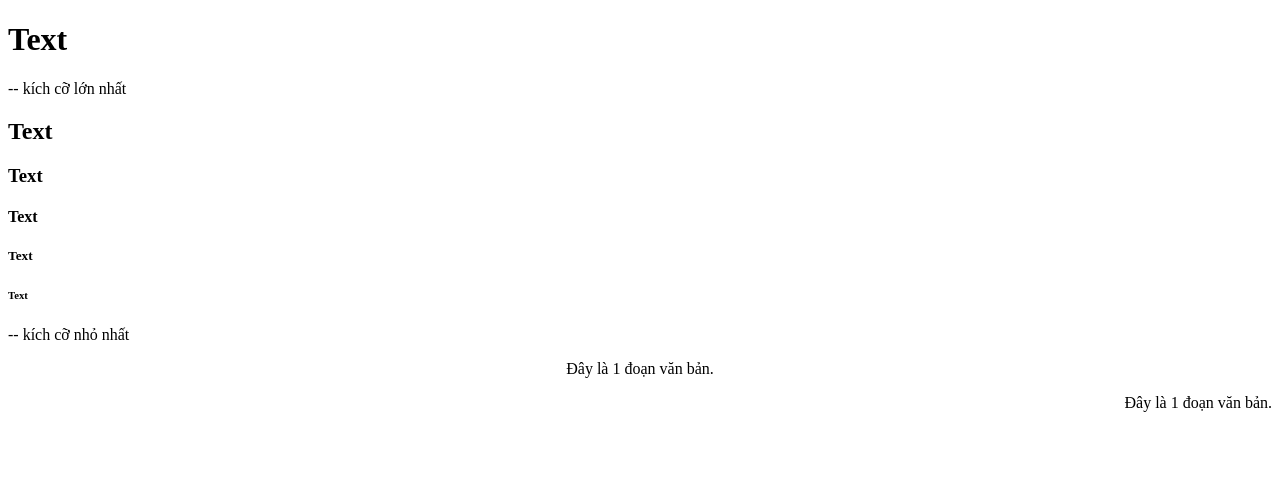
Repository: PhiKhongHoang/JSP-Servlet
Page: Bai2_HTML/src/main/webapp/vidu.html
An editor plug-in stored every save of this project. The page is shown before and after the next save, followed by the edit.
The browser window is 1280 px wide. The pictures show the whole page.

Above is the page before, as saved 2024-02-16 08:27:38.

### Bai2_HTML/src/main/webapp/vidu.html
<!DOCTYPE html>
<html>
<head>
<meta charset="UTF-8">
<title>Insert title here</title>
</head>
<body>
	<h1>Text</h1> -- kích cỡ lớn nhất
	<h2>Text</h2>
	<h3>Text</h3>
	<h4>Text</h4>
	<h5>Text</h5>
	<h6>Text</h6> -- kích cỡ nhỏ nhất

	<p align="center">
		Đây là 1 đoạn văn bản.
	</p>
	<p align="right">
		Đây là 1 đoạn văn bản.
	</p>
</body>
</html>

After the next save:
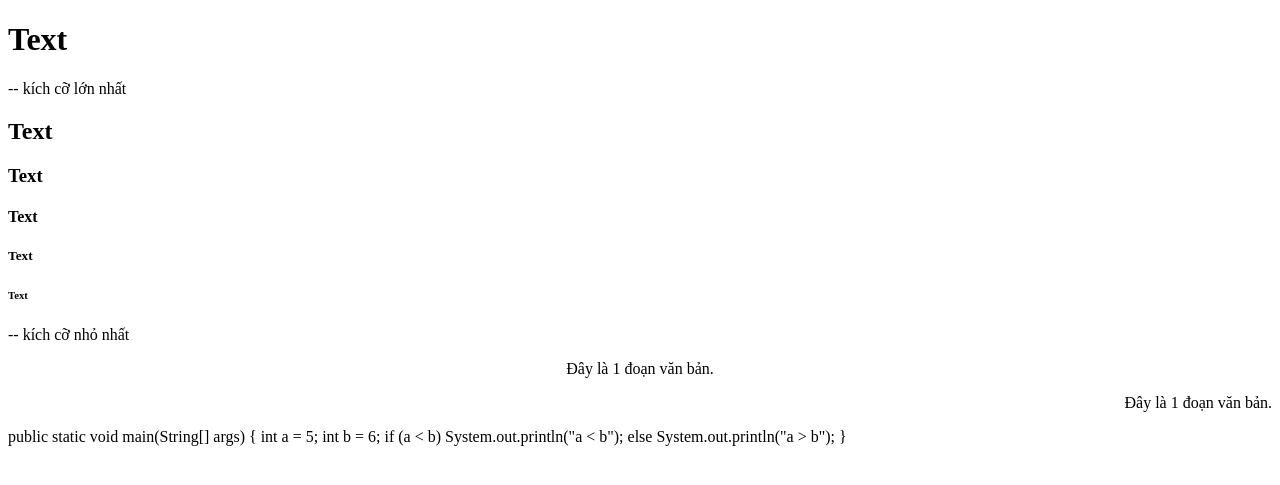
Saved 2 min 52 s later.
--- a/Bai2_HTML/src/main/webapp/vidu.html
+++ b/Bai2_HTML/src/main/webapp/vidu.html
@@ -18,5 +18,15 @@
 	<p align="right">
 		Đây là 1 đoạn văn bản.
 	</p>
+
+	public static void main(String[] args) {
+		int a = 5;
+		int b = 6;
+		if (a < b)
+			System.out.println("a < b");
+		else
+			System.out.println("a > b");
+	}
+
 </body>
 </html>
